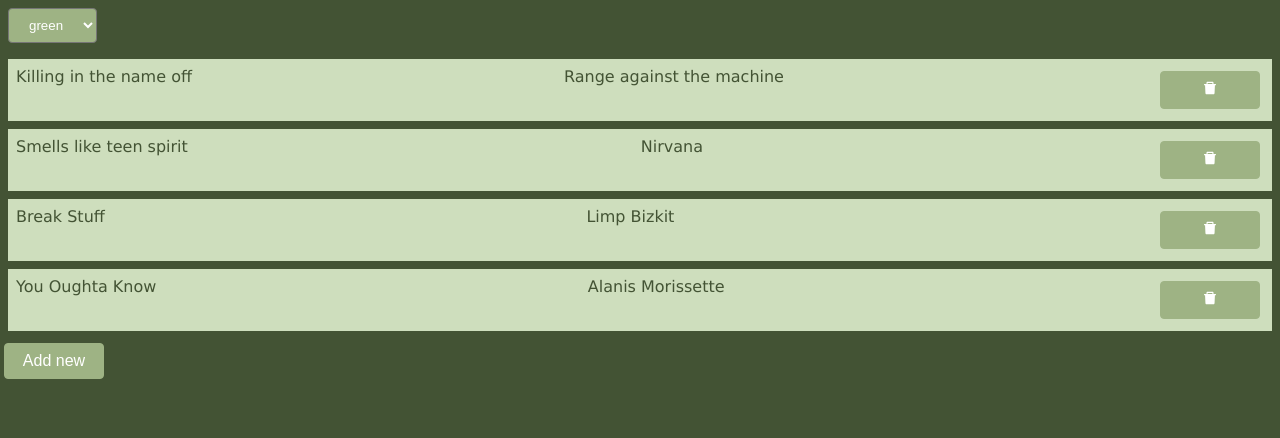
Repository: majakesin/moodify-app
Page: /angry
These files come from the project's save history. The page is drawn as it stood at one moment and after the next save; the edit follows.
The browser window is 1280 px wide. The pictures show the whole page.
The project was rebuilt for these pictures with package versions that can differ from the ones it lists, and the page was loaded fresh each time. Also part of the build but not shown: src/data/moods.js, src/components/Mood/index.jsx, src/pages/ChooseMood/index.module.css, src/pages/ChooseMood/index.jsx.

Above is the page before, as saved 2023-08-23 11:48:42.

After the next save:
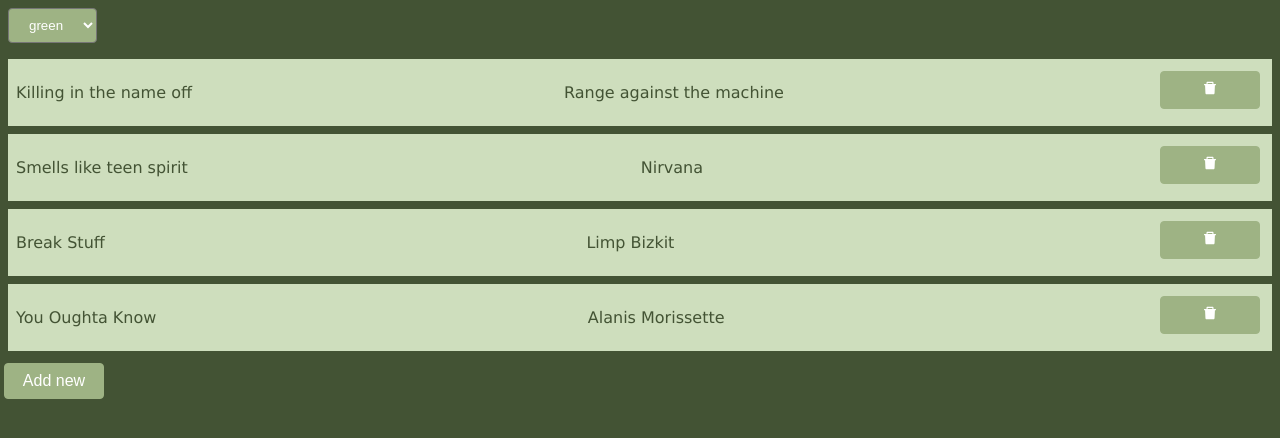
Saved 3 min 37 s later.
--- a/src/components/Song/index.jsx
+++ b/src/components/Song/index.jsx
@@ -13,8 +13,8 @@ const Song = (props) => {
     return (
         <div>
             <div className={styles.wrap}>
-                <span>{name}</span>
-                <span>{author}</span>
+                <p>{name}</p>
+                <p>{author}</p>
                 <button onClick={handleDelete}><AiFillDelete /></button>
             </div>
         </div>
